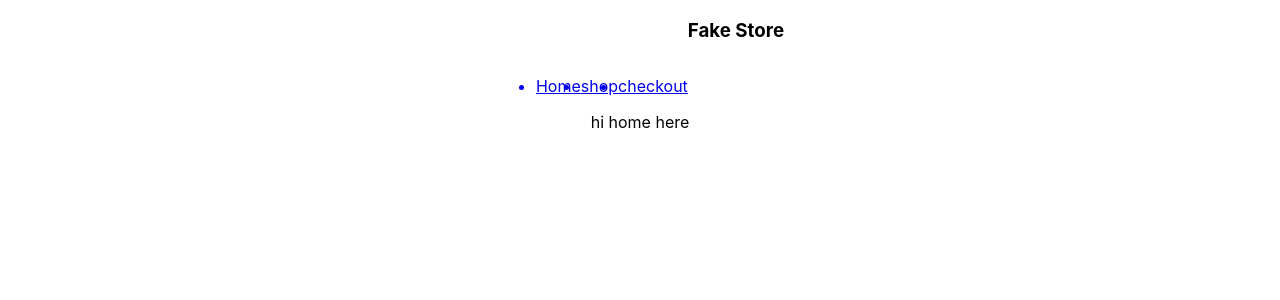
Repository: 0101chaitanya/shopping-cart
Page: /
The author's editor kept a copy of each file at every save. The page is drawn from the files as they stood at one save, then again after the next save.
The browser window is 1280 px wide. The pictures show the whole page.
Some web libraries are served in a nearby version. The project was rebuilt for these pictures with package versions that can differ from the ones it lists, and the page was loaded fresh each time. Also part of the build but not shown: src/components/Book.js, src/components/Shop.js, src/components/Checkout.js.

Above is the page before, as saved 2021-08-03 17:41:28.

### public/index.html
<!DOCTYPE html>
<html lang="en">

  <head>
    <meta charset="utf-8" />
    <link rel="icon" href="%PUBLIC_URL%/favicon.ico" />
    <meta name="viewport" content="width=device-width, initial-scale=1" />
    <meta name="theme-color" content="#000000" />
    <meta name="description" content="Web site created using create-react-app" />
    <link rel="apple-touch-icon" href="%PUBLIC_URL%/logo192.png" />
    <!--
      manifest.json provides metadata used when your web app is installed on a
      user's mobile device or desktop. See https://developers.google.com/web/fundamentals/web-app-manifest/
    -->
    <link rel="manifest" href="%PUBLIC_URL%/manifest.json" />
    <!--
      Notice the use of %PUBLIC_URL% in the tags above.
      It will be replaced with the URL of the `public` folder during the build.
      Only files inside the `public` folder can be referenced from the HTML.

      Unlike "/favicon.ico" or "favicon.ico", "%PUBLIC_URL%/favicon.ico" will
      work correctly both with client-side routing and a non-root public URL.
      Learn how to configure a non-root public URL by running `npm run build`.
    -->
    <script src="https://kit.fontawesome.com/3dcaf9f6de.js" crossorigin="anonymous"></script>
    <title>React App</title>
  </head>

  <body>
    <noscript>You need to enable JavaScript to run this app.</noscript>
    <div id="root"></div>
    <!--
      This HTML file is a template.
      If you open it directly in the browser, you will see an empty page.

      You can add webfonts, meta tags, or analytics to this file.
      The build step will place the bundled scripts into the <body> tag.

      To begin the development, run `npm start` or `yarn start`.
      To create a production bundle, use `npm run build` or `yarn build`.
    -->
  </body>

</html>

### src/App.js
import "./App.css";
import React from "react";
import { BrowserRouter as Router, Route, Switch } from "react-router-dom";
import Nav from "./components/Nav";
import Home from "./components/Home";
import Shop from "./components/Shop";
import Checkout from "./components/Checkout";
function App() {
  return (
    <Router>
      <div className="App">
        <Nav />

        <Switch>
          <Route path="/" exact component={Home} />
          <Route path="/shop" exact component={Shop} />
          <Route path="/checkout" exact component={Checkout} />
        </Switch>
      </div>
    </Router>
  );
}

export default App;

### src/App.css
.App {
  text-align: center;
}
html,
body,
.App {
  display: flex;
  flex-direction: column;
  justify-content: center;
  align-items: center;
}
nav {
  display: grid;
  grid-template-areas:
    ". h3 ."
    "ul . .";
}
nav > h3 {
  grid-area: h3;
  justify-content: center;
  text-align: center;
  position: relative;
}
nav > ul {
  grid-area: ul;
  display: flex;
}

nav > ul > li {
  margin: ;
}

### src/components/Nav.js
import React, { useState, useEffect } from "react";
import { Link } from "react-router-dom";
const Nav = () => {
  return (
    <nav>
      <h3>Fake Store</h3>
      <ul className="nav-links">
        <Link className="links" to="/">
          <li>Home</li>
        </Link>
        <Link className="links" to="/shop">
          <li>shop</li>
        </Link>
        <Link className="links" to="/checkout">
          <li>checkout</li>
        </Link>
      </ul>
    </nav>
  );
};
export default Nav;

### src/components/Home.js
import React, { useState, useEffect } from "react";

const Home = () => {
  return <div>hi home here</div>;
};
export default Home;

Loaded but not shown: src/index.js (common file); src/index.css (common file); src/reportWebVitals.js (common file)

After the next save:
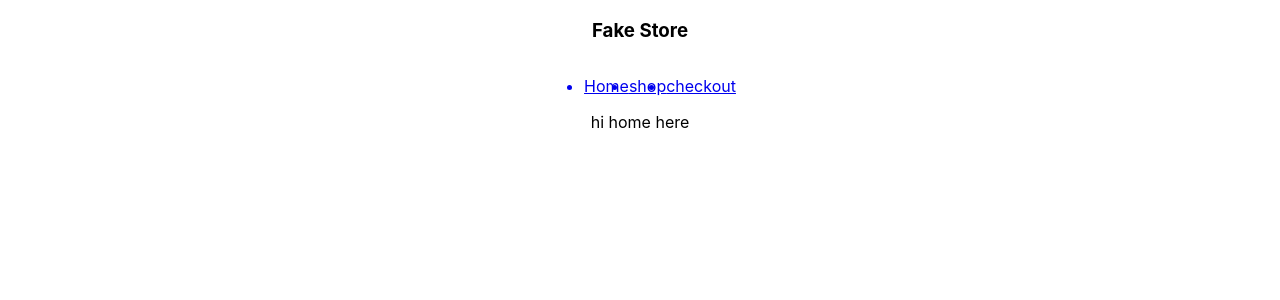
Saved 2 min 6 s later.
--- a/src/App.css
+++ b/src/App.css
@@ -12,7 +12,7 @@ body,
 nav {
   display: grid;
   grid-template-areas:
-    ". h3 ."
+    "h3 h3 h3"
     "ul . .";
 }
 nav > h3 {
